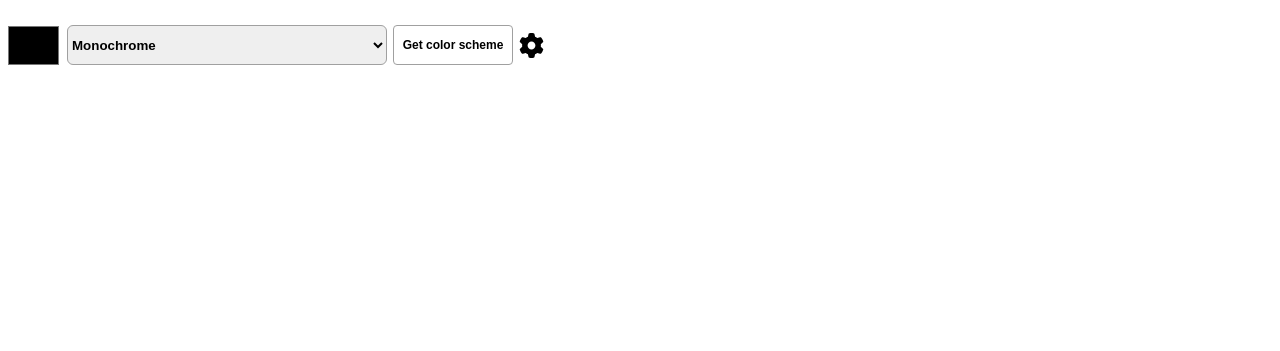
Repository: RadziSzop/colorPicker
Page: index.html
An editor plug-in stored every save of this project. The page is shown before and after the next save, followed by the edit.
The browser window is 1280 px wide. The pictures show the whole page.

Above is the page before, as saved 2022-03-04 22:53:50.

### index.html
<!DOCTYPE html>
<html lang="en">
  <head>
    <meta charset="UTF-8" />
    <meta http-equiv="X-UA-Compatible" content="IE=edge" />
    <meta name="viewport" content="width=device-width, initial-scale=1.0" />
    <link rel="stylesheet" href="style.css" />
    <link rel="preconnect" href="https://fonts.googleapis.com" />
    <link rel="preconnect" href="https://fonts.gstatic.com" crossorigin />
    <link
      href="https://fonts.googleapis.com/css2?family=Roboto:wght@400;700&display=swap"
      rel="stylesheet"
    />
    <title>Document</title>
  </head>
  <body>
    <!-- <p id="test">ok</p> -->
    <div class="container">
      <div class="main">
        <input type="color" id="color-picker" />
        <select id="menu">
          <option value="Monochrome">Monochrome</option>
          <option value="Monochrome-dark">Monochrome-dark</option>
          <option value="Monochrome-light">Monochrome-light</option>
          <option value="Analogic">Analogic</option>
          <option value="Complement">Complement</option>
          <option value="Analogic-complement">Analogic-complement</option>
          <option value="Triad">Triad</option>
        </select>
        <button id="submit-button">Get color scheme</button>
        <!-- <button id="settings-button">Settings</button> -->
        <div class="gear">
          <img src="images/gear-solid.svg" alt="" />
        </div>
      </div>
      <div class="colors">
        <div class="colorBox" id="color1"></div>
        <div class="colorBox" id="color2"></div>
        <div class="colorBox" id="color3"></div>
        <div class="colorBox" id="color4"></div>
        <div class="colorBox" id="color5"></div>
      </div>
      <div class="color_values">
        <div class="valueBox"><p id="value1"></p></div>
        <div class="valueBox"><p id="value2"></p></div>
        <div class="valueBox"><p id="value3"></p></div>
        <div class="valueBox"><p id="value4"></p></div>
        <div class="valueBox"><p id="value5"></p></div>
      </div>
    </div>

    <script src="main.js"></script>
  </body>
</html>

### style.css
* {
  box-sizing: border-box;
}
img {
  height: 100%;
  width: 100%;
}

html {
  font-family: "Roboto", sans-serif;
}
html,
body {
  margin: 0;
  padding: 0;
}
select {
  width: 320px;
  height: 40px;
  border-radius: 6px;
  font-weight: 700;
  border: 1px rgb(160, 160, 160) solid;
}
button {
  width: 120px;
  height: 40px;
  font-size: 12px;
  background-color: white;
  border: 1px rgb(160, 160, 160) solid;
  border-radius: 4px;
  font-weight: 700;
  cursor: pointer;
  transition: transform 0.2s;
}
.buttonClick {
  transform: scale(1.1);
}
option {
  padding-top: 5px;
}
.container {
  width: 550px;
  height: 550px;
  display: flex;
  flex-direction: column;
}
.main {
  height: 90px;
  width: 100%;
  background-color: rgb(255, 255, 255);
  display: flex;
  justify-content: space-evenly;
  align-items: center;
}
.gear {
  height: 25px;
  width: 25px;
}

.colors {
  height: 415px;
  display: flex;
}
.colorBox {
  width: 20%;
  height: 100%;
  background-color: rgb(255, 255, 255);
  transition: background 1s;
  /* border: 1px black solid; */
}
.color_values {
  height: 45px;
  display: flex;
  /* background-color: gray; */
}
.valueBox {
  height: 100%;
  width: 20%;
  /* border: 1px solid black; */
  display: flex;
  justify-content: center;
  align-items: center;
  font-weight: 700;
}
#color-picker {
  padding: 0;
  margin: 0;
  height: 47px;
  width: 55px;
  border: none;
  outline: none;
  -webkit-appearance: none;
  background-color: white;
}

/* modal */

.modal {
  display: fixed;
  height: 100%;
  width: 100%;
  background-color: aqua;
}

### main.js
let colorEl1 = document.querySelector("#color1")
let colorEl2 = document.querySelector("#color2")
let colorEl3 = document.querySelector("#color3")
let colorEl4 = document.querySelector("#color4")
let colorEl5 = document.querySelector("#color5")
let valueEl1 = document.querySelector("#value1")
let valueEl2 = document.querySelector("#value2")
let valueEl3 = document.querySelector("#value3")
let valueEl4 = document.querySelector("#value4")
let valueEl5 = document.querySelector("#value5")
let submitBtnEl = document.querySelector("#submit-button")
let settingsBtnEl = document.querySelector("#settings-button")
let colorPicerEl = document.querySelector("#color-picker")
let menuEl = document.querySelector("#menu")

let testEl = document.querySelector("#test")
let apiData
//     chrome.storage.sync.get('foo', function(items) {
//         testEl.textContent =  JSON.stringify(items);
//       });



submitBtnEl.addEventListener("click", getingColors)

function getingColors(){
    let color = colorPicerEl.value.slice(1)
    let type = menuEl.value.toLowerCase()

    chrome.storage.sync.set({'foo': color}, function() {
        console.log('Settings saved');
      });

    fetch(`https://www.thecolorapi.com/scheme?hex=${color}&mode=${type}`)
    .then(response => response.json())
    .then(json => {
        apiData = json

        colorEl1.style.backgroundColor = apiData.colors[0].rgb.value
        colorEl2.style.backgroundColor = apiData.colors[1].rgb.value
        colorEl3.style.backgroundColor = apiData.colors[2].rgb.value
        colorEl4.style.backgroundColor = apiData.colors[3].rgb.value
        colorEl5.style.backgroundColor = apiData.colors[4].rgb.value

        valueEl1.textContent = apiData.colors[0].hex.clean
        valueEl2.textContent = apiData.colors[1].hex.clean
        valueEl3.textContent = apiData.colors[2].hex.clean
        valueEl4.textContent = apiData.colors[3].hex.clean
        valueEl5.textContent = apiData.colors[4].hex.clean
    })
}

After the next save:
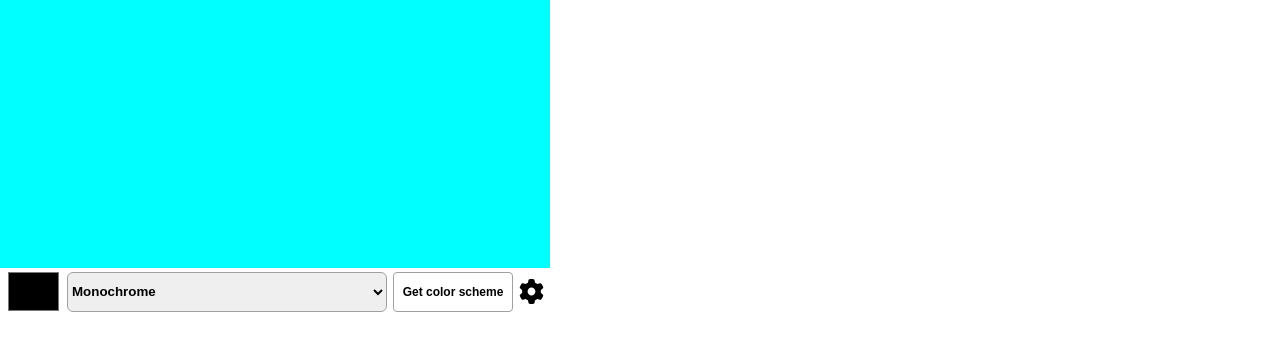
Saved 6 s later.
--- a/index.html
+++ b/index.html
@@ -16,6 +16,7 @@
   <body>
     <!-- <p id="test">ok</p> -->
     <div class="container">
+      <div class="modal"></div>
       <div class="main">
         <input type="color" id="color-picker" />
         <select id="menu">
